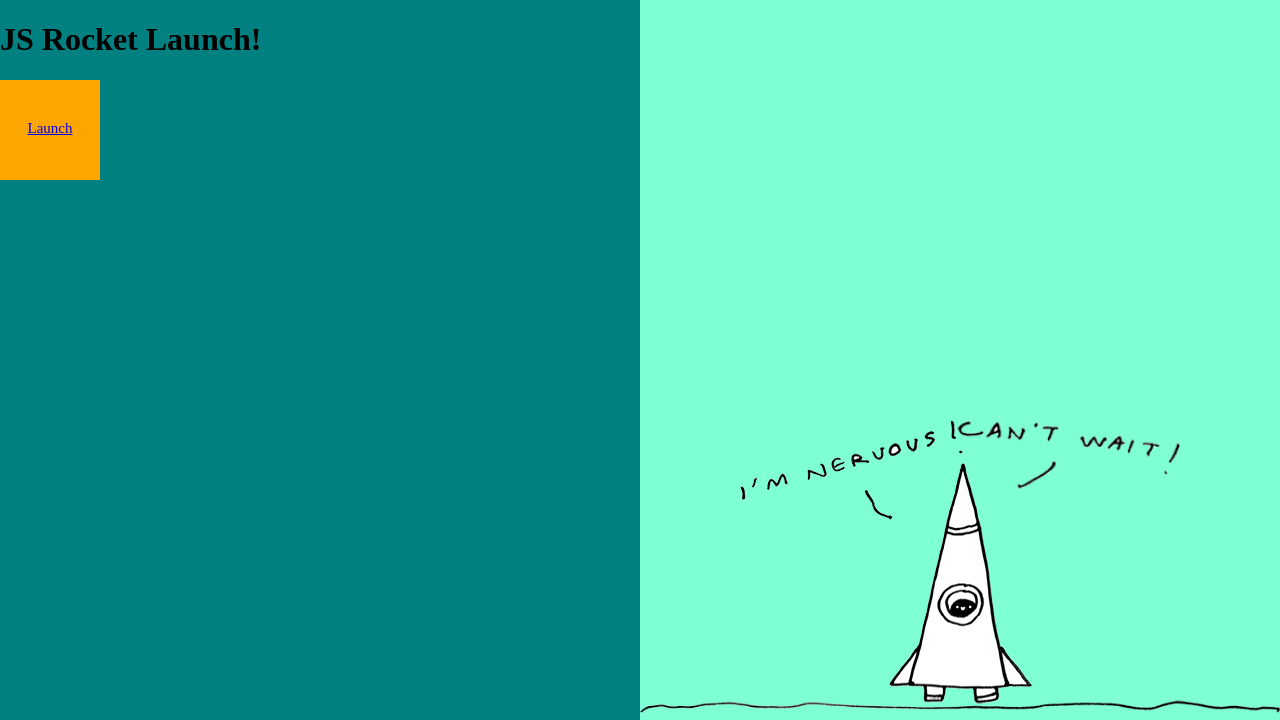
Repository: alcarrizo/Rocket-launch
Page: index.html
An editor plug-in stored every save of this project. The page is shown before and after the next save, followed by the edit.
The browser window is 1280 px wide. The pictures show the whole page.

Above is the page before, as saved 2022-10-20 17:23:44.

### index.html
<!DOCTYPE html>
<html lang="en">
<head>
    <meta charset="UTF-8">
    <meta http-equiv="X-UA-Compatible" content="IE=edge">
    <meta name="viewport" content="width=device-width, initial-scale=1.0">
    <title>Rocket Launch sequence</title>
    <script type="text/javascript" src="js/script.js"> </script>
    <link rel="stylesheet" href="css/style.css">
</head>
<body class="body-state1" id="body">
    <div class="left">
        <div class="state1">
            <h1>JS Rocket Launch!</h1>
            <a href="#" class="button" onclick="changeState(2);">Launch</a>
        </div>
        <div class="state2">
            <h1 class="countdown" id="countdown">10</h1>
            <a href="#" class="button" onclick="changeState(1);">Abort</a>
        </div>
        <div class="state3">
            <h1>Lift Off!</h1>
        </div>
        <div class="state4">
            <h1>Well done!</h1>
            <a href="#" class="button" onclick="changeState(1);">Do it again</a>
        </div>
        <div class="state5">
            <h1>Oh No!!!!</h1>
            <a href="#" class="button" onclick="changeState(1);">Try Again!</a>
        </div>
    </div>

    <div class="right">
        <div class="rocket" id="rocket"></div>
        <div class="ground"></div>
        <div class="nervous"></div>
        <div class="cant-wait"></div>
    </div>
</body>
</html>

### js/script.js
/*var countDown = function (i) {
    console.log(i)
    setTimeout(function () {
        i--
        document.getElementById("countdown").innerHTML = i;
        if (document.getElementById('body').className != 'body-state1') {
            if (i > 0) {
                countDown(i)
            }
            else {
                changeState(3)
            }
        }

    }, 1000)
}*/
var timer = null;
var CountDownNum = 10;
var changeState = function (state) {
    document.body.className = 'body-state' + state;
    clearInterval(timer);
    if (state != 2 && document.getElementById('countdown').innerHTML != 10) {
        CountDownNum = 10;
        document.getElementById('countdown').innerHTML = CountDownNum;
    }
    if (state == 2) {
        timer = setInterval(() => {
            CountDownNum -= 1;
            document.getElementById('countdown').innerHTML = CountDownNum;
            if (CountDownNum == 5) {
                //be nervous
            };
            if (CountDownNum == 3) {
                //Can't wait
            };
            if (CountDownNum <= 0) {
                changeState(3);

            };
        }, 200);
    }
    else if (state == 3) {
        var success = setTimeout(() => {
            var randomNum = Math.round(Math.random() * 10)
            //success
            console.log('random number: ' + randomNum)
            if (randomNum > 5) {
                changeState(4)
            }
            else {
                //fail
                changeState(5)
            }

        }, 2000);
    }
    // if (state == 1) {
    //     document.body.className = 'body-state1'
    // }
    // else if (state == 2) {
    //     document.body.className = 'body-state2'
    //     countDown(10)
    //     // for (let i = 10; i >= 0; i--) {
    //     //     setTimeout()
    //     //     document.getElementById("countdown").innerHTML = i;
    //     // }
    // }
    // else if (state == 3) {
    //     document.body.className = 'body-state3'
    //     document.getElementById('rocket').className = 'rocket flying';
    // }
    // else if (state == 4) {
    //     document.body.className = 'body-state4'
    // }
    // else {
    //     document.body.className = 'body-state5'
    // }
    // for (let i = 10; i >= 0; i--) {
    //     bdy.content = i;
    // }
    //document.getElementById('rocket').className = 'rocket flying';
}

### css/style.css
body {
    position: relative;
}

.left {
    position: fixed;
    box-sizing: border-box;
    width: 50%;
    height: 100%;
    top: 0;
    left: 0;
    background-color: teal;
}

.right {
    position: fixed;
    box-sizing: border-box;
    width: 50%;
    height: 100%;
    top: 0;
    right: 0;
    background-color: aquamarine;
}

.rocket {
    position: absolute;
    left: 50%;
    bottom: -15px;
    width: 143px;
    height: 272px;
    background: url("../img/rocket-state1.png") no-repeat 0 0;
    background-size: 100%;
    transition: bottom 10s;
    margin-left: -71.5px;

}

.body-state1 .rocket {
    transition: none;

}


.body-state2 .rocket {

    background-image: url("../img/rocket-state2.gif");
}

.body-state3 .rocket,
.body-state4 .rocket {
    bottom: 1000px;
    background-image: url("../img/rocket-state3.gif");
}

.body-state5 .rocket {
    width: 209px;
    height: 200px;
    background: url("../img/boom.png") no-repeat 0 0;
    background-size: 100%;
}

.ground {
    position: absolute;
    bottom: 0;
    left: 0;
    background: url("../img/ground.png") no-repeat center 0;
    background-size: 100%;
    width: 100%;
    height: 20px;

}

.nervous {
    position: absolute;
    bottom: 200px;
    left: 100px;
    background: url('../img/nervous.png') no-repeat 0 0;
    background-size: 100%;
    width: 223px;
    height: 100px;
}

.cant-wait {
    position: absolute;
    bottom: 200px;
    right: 100px;
    background: url('../img/cant-wait.png') no-repeat 0 0;
    background-size: 100%;
    width: 223px;
    height: 100px;
}

a {}

a.button {
    display: block;
    box-sizing: border-box;
    text-align: center;
    padding-top: 40px;
    height: 100px;
    width: 100px;
    font-size: 15px;
    background-color: orange;

}

.state1,
.state2,
.state3,
.state4,
.state5 {
    display: none;
}

body.body-state1 .state1 {
    display: block;
}

body.body-state2 .state2 {
    display: block;
}

body.body-state3 .state3 {
    display: block;
}

body.body-state4 .state4 {
    display: block;
}

body.body-state5 .state5 {
    display: block;
}

After the next save:
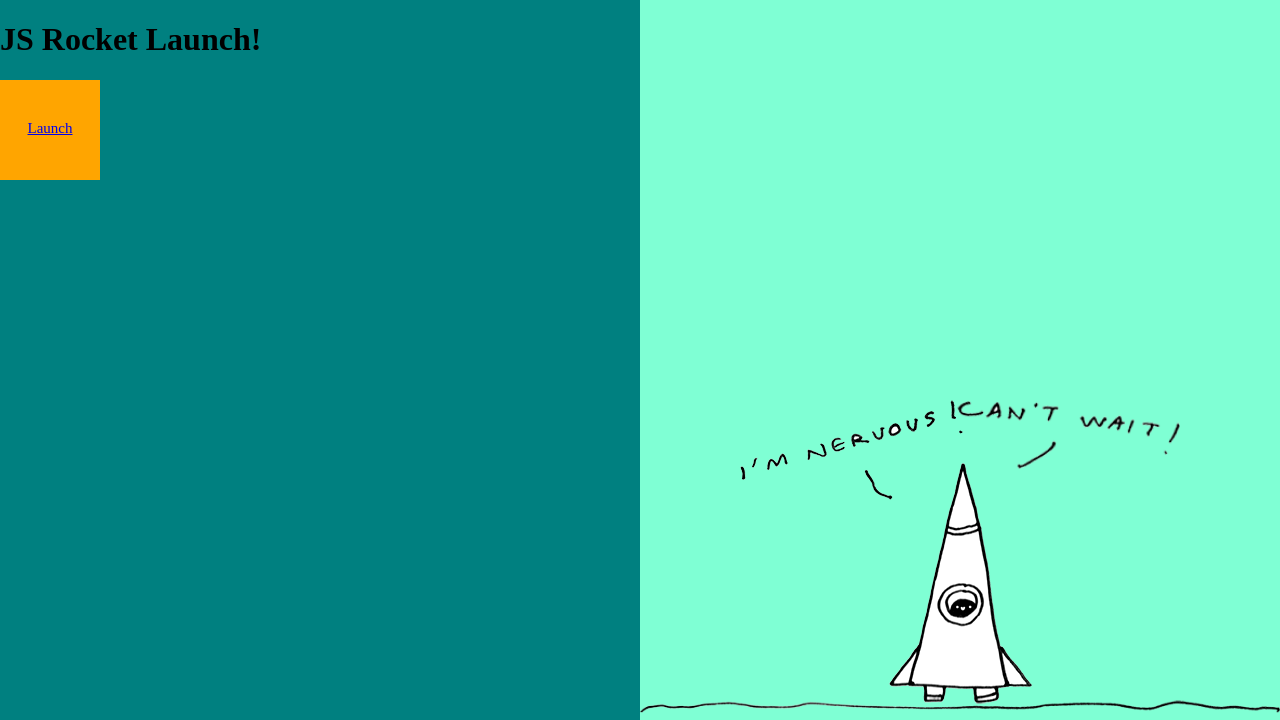
Saved 61 s later.
--- a/css/style.css
+++ b/css/style.css
@@ -72,7 +72,7 @@ body {
 
 .nervous {
     position: absolute;
-    bottom: 200px;
+    bottom: 220px;
     left: 100px;
     background: url('../img/nervous.png') no-repeat 0 0;
     background-size: 100%;
@@ -82,7 +82,7 @@ body {
 
 .cant-wait {
     position: absolute;
-    bottom: 200px;
+    bottom: 220px;
     right: 100px;
     background: url('../img/cant-wait.png') no-repeat 0 0;
     background-size: 100%;
